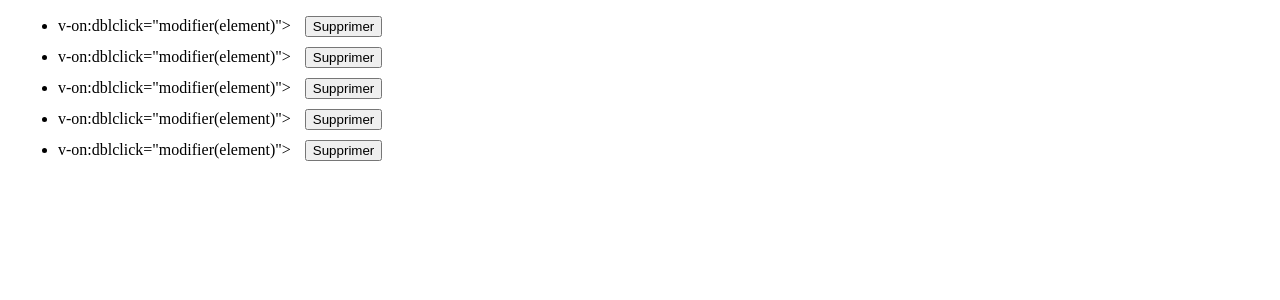
Repository: arione15/Livre_Serrion-Vue.js
Page: liste_ch3.html
These files come from the project's save history. The page is drawn as it stood at one moment and after the next save; the edit follows.
The browser window is 1280 px wide. The pictures show the whole page.

Above is the page before, as saved 2021-09-07 13:42:41.

After the next save:
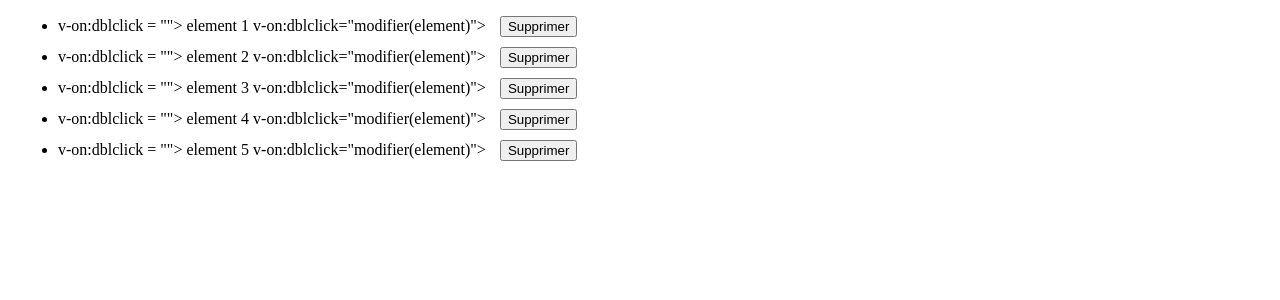
Saved 7 s later.
--- a/liste_ch3.html
+++ b/liste_ch3.html
@@ -22,7 +22,7 @@
             <div>
                 <ul>
                     <li v-for="(element, index) of elements" style="margin:10px;">
-                        <span v-if="!element.modifyOn">  </span>
+                        <span v-if="!element.modifyOn"> v-on:dblclick = ""> {{ element.text }} </span>
                         <input </input>
                         v-on:dblclick="modifier(element)">
                         <button @click="supprimer(element)" style="margin-left:10px;">Supprimer</button>
